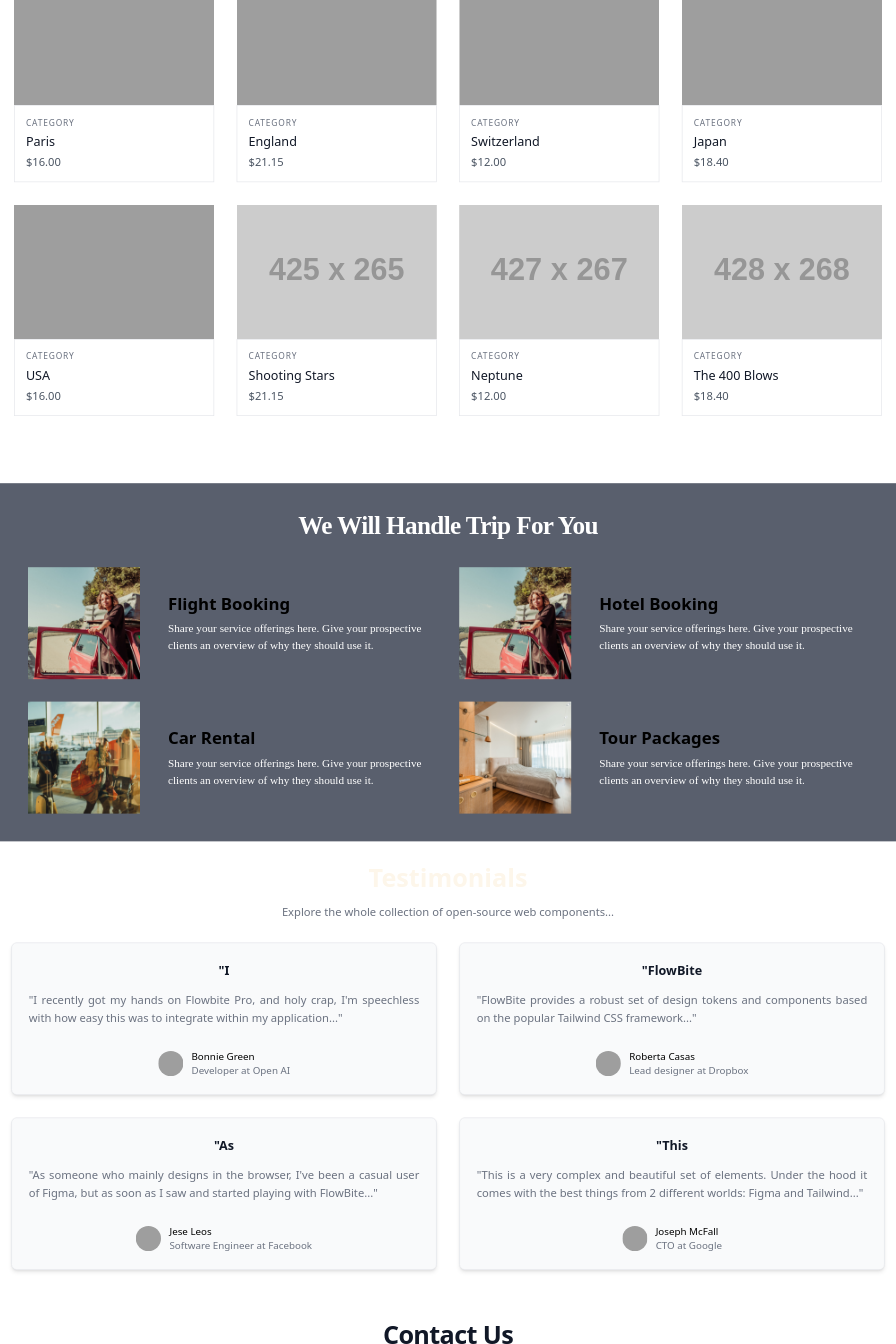
Repository: prabeshsitaula07/greatnepalholidays
Page: / (app in frontend/)
The author's editor kept a copy of each file at every save. The page is drawn from the files as they stood at one save, then again after the next save.
The browser window is 1280 px wide. The pictures show the part of the page from y = 1966 to 3886 px (the page is 6713 px tall), at 70% of full size.
Pictures or frames that could not be fetched are drawn as grey boxes. Some web fonts or font styles are not loaded; a fallback is used. The project was rebuilt for these pictures with package versions that can differ from the ones it lists, and the page was loaded fresh each time. Also part of the build but not shown: frontend/vite.config.ts. Imported but missing from the stored project, and not drawn on this page: frontend/src/assets/bgvideo.mp4.

Above is the page before, as saved 2024-11-23 10:38:09.

After the next save:
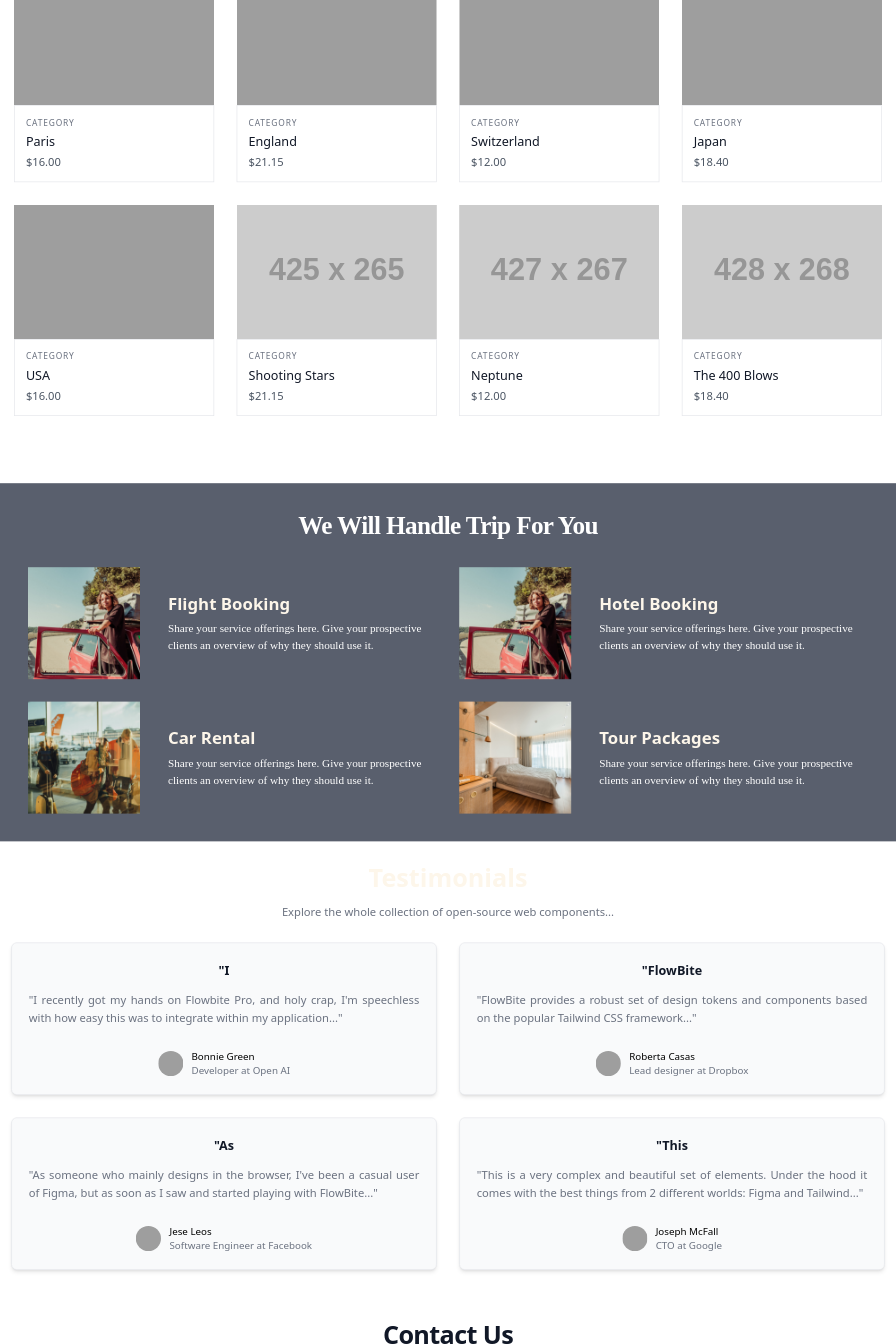
Saved 7 s later.
--- a/frontend/src/components/Services/TripHandling.tsx
+++ b/frontend/src/components/Services/TripHandling.tsx
@@ -18,7 +18,7 @@ export default function TripHandling() {
                 <div key={index} className="flex gap-10 items-center">
                   <img className="h-40 w-40" src={service.imgSrc} alt={service.title} />
                   <div>
-                      <h3 className="font-semibold pb-2 text-2xl text-wheat">{service.title}</h3>
+                      <h3 className="font-semibold pb-2 text-2xl text-primary">{service.title}</h3>
                       <p className="font-parkinsans text-white">{service.description}</p>
                   </div>
                 </div>
